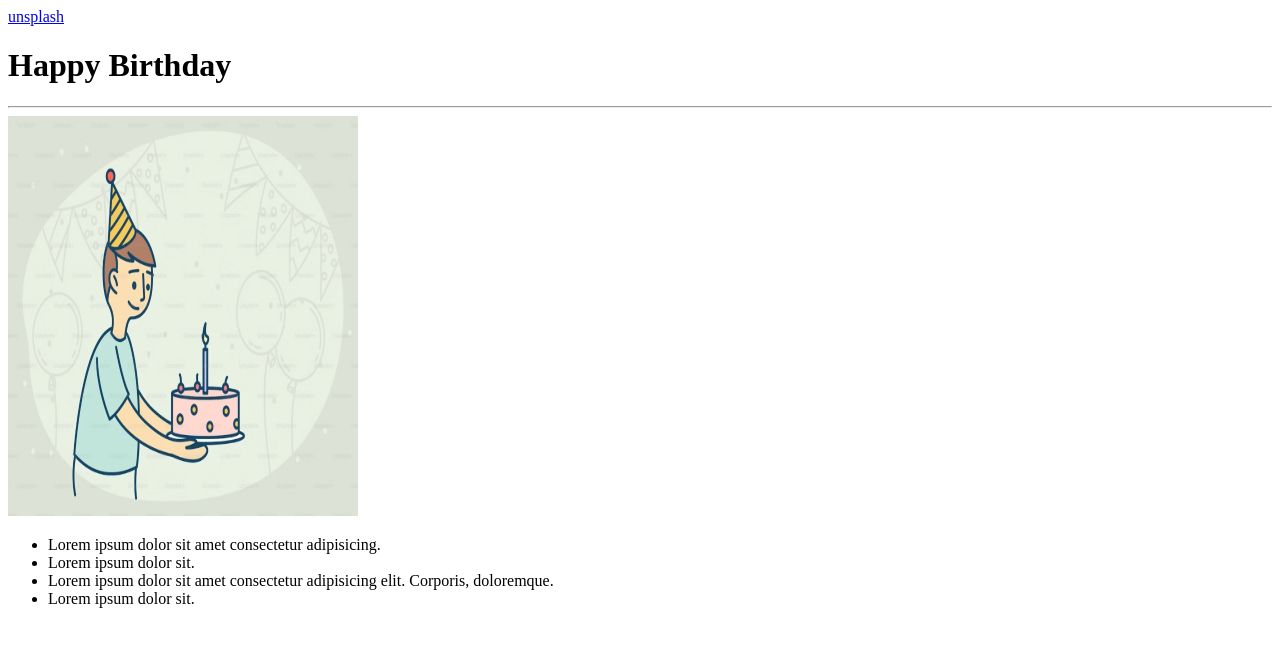
Repository: nguyendonghieu1011-png/project2
Page: index.html
The author's editor kept a copy of each file at every save. The page is drawn from the files as they stood at one save, then again after the next save.
The browser window is 1280 px wide. The pictures show the whole page.

Above is the page before, as saved 2025-11-05 21:16:19.

After the next save:
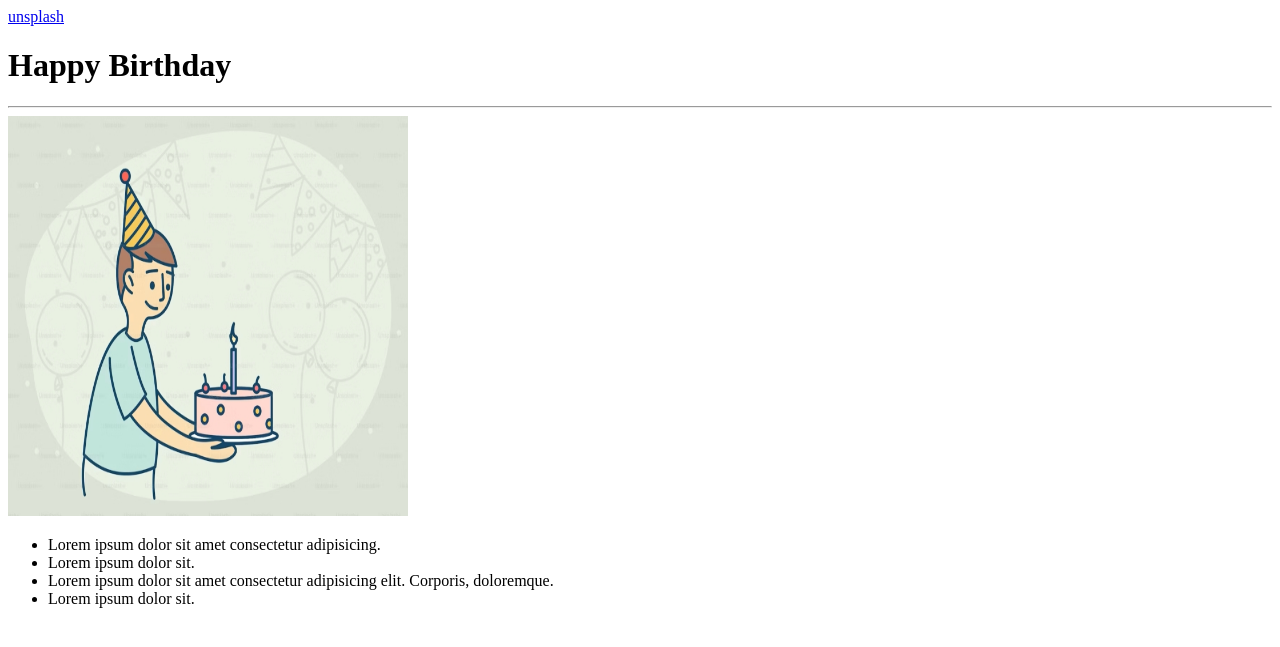
Saved 1 s later.
--- a/index.html
+++ b/index.html
@@ -10,7 +10,7 @@
 
     <h1>Happy Birthday</h1>
     <hr />
-    <img src="img/happtybirthday.jpg" alt="cake" width="350px" height="400px" />
+    <img src="img/happtybirthday.jpg" alt="cake" width="400px" height="400px" />
   </body>
 
   <ul>
